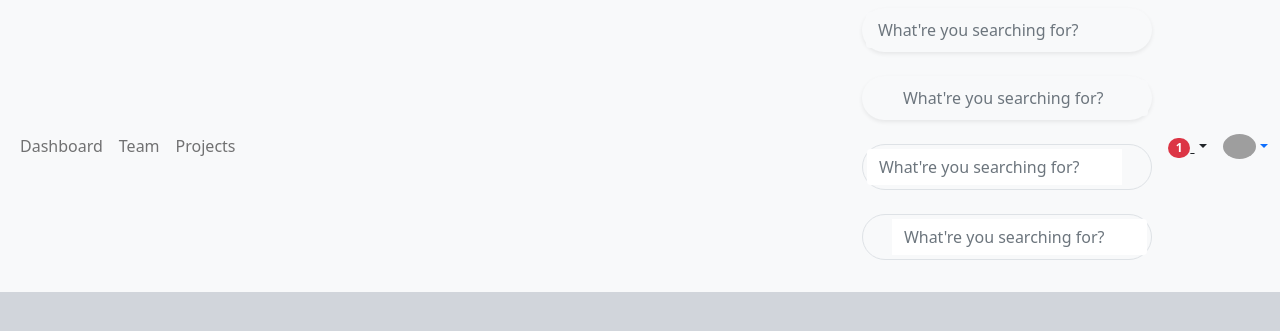
Repository: AlisaSkryp/photoblog
Page: index.html
The author's editor kept a copy of each file at every save. The page is drawn from the files as they stood at one save, then again after the next save.
The browser window is 1280 px wide. The pictures show the whole page.
Pictures or frames that could not be fetched are drawn as grey boxes.

Above is the page before, as saved 2023-04-09 18:47:46.

### index.html
<!DOCTYPE html>
<html lang="en">
<head>
	<meta charset="UTF-8">
	<meta http-equiv="X-UA-Compatible" content="IE=edge">
	<meta name="viewport" content="width=device-width, initial-scale=1.0">
	<link href="https://cdn.jsdelivr.net/npm/bootstrap@5.0.2/dist/css/bootstrap.min.css" rel="stylesheet" integrity="sha384-EVSTQN3/azprG1Anm3QDgpJLIm9Nao0Yz1ztcQTwFspd3yD65VohhpuuCOmLASjC" crossorigin="anonymous">
<link href="https://cdnjs.cloudflare.com/ajax/libs/font-awesome/4.7.0/css/font-awesome.min.css">
<link rel="stylesheet" href="style.css">
</head>
<body>


<header>
	<!-- Navbar -->
<nav class="navbar navbar-expand-lg navbar-light bg-light">
  <!-- Container wrapper -->
  <div class="container-fluid">
    <!-- Toggle button -->
    <button
      class="navbar-toggler"
      type="button"
      data-mdb-toggle="collapse"
      data-mdb-target="#navbarSupportedContent"
      aria-controls="navbarSupportedContent"
      aria-expanded="false"
      aria-label="Toggle navigation"
    >
      <i class="fas fa-bars"></i>
    </button>

    <!-- Collapsible wrapper -->
    <div class="collapse navbar-collapse" id="navbarSupportedContent">
      <!-- Left links -->
      <ul class="navbar-nav me-auto mb-2 mb-lg-0">
        <li class="nav-item">
          <a class="nav-link" href="#">Dashboard</a>
        </li>
        <li class="nav-item">
          <a class="nav-link" href="#">Team</a>
        </li>
        <li class="nav-item">
          <a class="nav-link" href="#">Projects</a>
        </li>
      </ul>
      <!-- Left links -->
    </div>
    <!-- Collapsible wrapper -->
     <!-- Custom rounded search bars with input group -->
		 <form action="">
			<div class="p-1 bg-light rounded rounded-pill shadow-sm mb-4">
				<div class="input-group">
					<input type="search" placeholder="What're you searching for?" aria-describedby="button-addon1" class="form-control border-0 bg-light">
					<div class="input-group-append">
						<button id="button-addon1" type="submit" class="btn btn-link text-primary"><i class="fa fa-search"></i></button>
					</div>
				</div>
			</div>
			<div class="p-1 bg-light rounded rounded-pill shadow-sm mb-4">
				<div class="input-group">
					<div class="input-group-prepend">
						<button id="button-addon2" type="submit" class="btn btn-link text-warning"><i class="fa fa-search"></i></button>
					</div>
					<input type="search" placeholder="What're you searching for?" aria-describedby="button-addon2" class="form-control border-0 bg-light">
				</div>
			</div>
			<div class="input-group mb-4 border rounded-pill p-1">
				<input type="search" placeholder="What're you searching for?" aria-describedby="button-addon3" class="form-control bg-none border-0">
				<div class="input-group-append border-0">
					<button id="button-addon3" type="button" class="btn btn-link text-success"><i class="fa fa-search"></i></button>
				</div>
			</div>
			<div class="input-group mb-4 border rounded-pill p-1">
				<div class="input-group-prepend border-0">
					<button id="button-addon4" type="button" class="btn btn-link text-info"><i class="fa fa-search"></i></button>
				</div>
				<input type="search" placeholder="What're you searching for?" aria-describedby="button-addon4" class="form-control bg-none border-0">
			</div>
		</form>
    <!-- Right elements -->
    <div class="d-flex align-items-center">
      <!-- Icon -->
      <a class="text-reset me-3" href="#">
        <i class="fas fa-shopping-cart"></i>
      </a>

      <!-- Notifications -->
      <div class="dropdown">
        <a
          class="text-reset me-3 dropdown-toggle hidden-arrow"
          href="#"
          id="navbarDropdownMenuLink"
          role="button"
          data-mdb-toggle="dropdown"
          aria-expanded="false"
        >
          <i class="fas fa-bell"></i>
          <span class="badge rounded-pill badge-notification bg-danger">1</span>
        </a>
        <ul
          class="dropdown-menu dropdown-menu-end"
          aria-labelledby="navbarDropdownMenuLink"
        >
          <li>
            <a class="dropdown-item" href="#">Some news</a>
          </li>
          <li>
            <a class="dropdown-item" href="#">Another news</a>
          </li>
          <li>
            <a class="dropdown-item" href="#">Something else here</a>
          </li>
        </ul>
      </div>
      <!-- Avatar -->
      <div class="dropdown">
        <a
          class="dropdown-toggle d-flex align-items-center hidden-arrow"
          href="#"
          id="navbarDropdownMenuAvatar"
          role="button"
          data-mdb-toggle="dropdown"
          aria-expanded="false"
        >
          <img
            src="https://mdbcdn.b-cdn.net/img/new/avatars/2.webp"
            class="rounded-circle"
            height="25"
            alt="Black and White Portrait of a Man"
            loading="lazy"
          />
        </a>
        <ul
          class="dropdown-menu dropdown-menu-end"
          aria-labelledby="navbarDropdownMenuAvatar"
        >
          <li>
            <a class="dropdown-item" href="#">My profile</a>
          </li>
          <li>
            <a class="dropdown-item" href="#">Settings</a>
          </li>
          <li>
            <a class="dropdown-item" href="#">Logout</a>
          </li>
        </ul>
      </div>
    </div>
    <!-- Right elements -->
  </div>
  <!-- Container wrapper -->
</nav>
<!-- Navbar -->
</header>
	<script src="https://cdn.jsdelivr.net/npm/bootstrap@5.0.2/dist/js/bootstrap.bundle.min.js" integrity="sha384-MrcW6ZMFYlzcLA8Nl+NtUVF0sA7MsXsP1UyJoMp4YLEuNSfAP+JcXn/tWtIaxVXM" crossorigin="anonymous"></script>
</body>
</html>

### style.css
body{

	background: #d1d5db;
}

.height{

	height: 100vh;
}

.form{

	position: relative;
}

.form .fa-search{

	position: absolute;
	top:20px;
	left: 20px;
	color: #9ca3af;

}

.form span{

			position: absolute;
	right: 17px;
	top: 13px;
	padding: 2px;
	border-left: 1px solid #d1d5db;

}

.left-pan{
	padding-left: 7px;
}

.left-pan i{

 padding-left: 10px;
}

.form-input{

	height: 55px;
	text-indent: 33px;
	border-radius: 10px;
}

.form-input:focus{

	box-shadow: none;
	border:none;
}

After the next save:
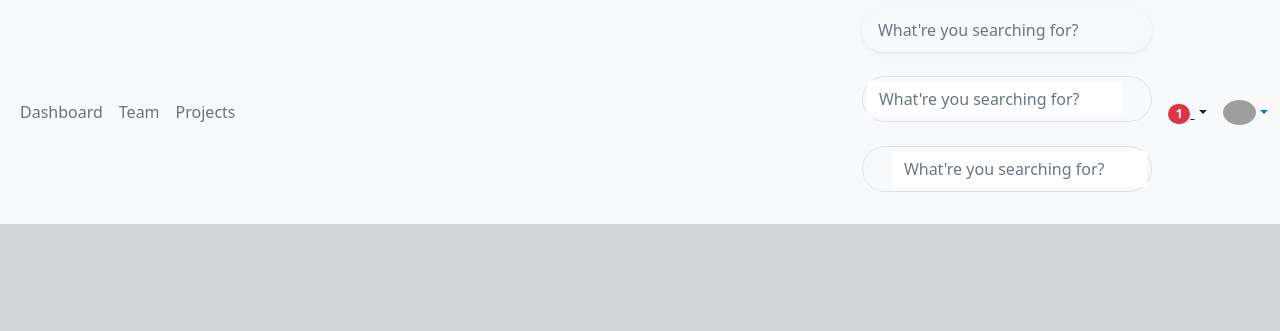
Saved 13 s later.
--- a/index.html
+++ b/index.html
@@ -56,14 +56,7 @@
 					</div>
 				</div>
 			</div>
-			<div class="p-1 bg-light rounded rounded-pill shadow-sm mb-4">
-				<div class="input-group">
-					<div class="input-group-prepend">
-						<button id="button-addon2" type="submit" class="btn btn-link text-warning"><i class="fa fa-search"></i></button>
-					</div>
-					<input type="search" placeholder="What're you searching for?" aria-describedby="button-addon2" class="form-control border-0 bg-light">
-				</div>
-			</div>
+
 			<div class="input-group mb-4 border rounded-pill p-1">
 				<input type="search" placeholder="What're you searching for?" aria-describedby="button-addon3" class="form-control bg-none border-0">
 				<div class="input-group-append border-0">
